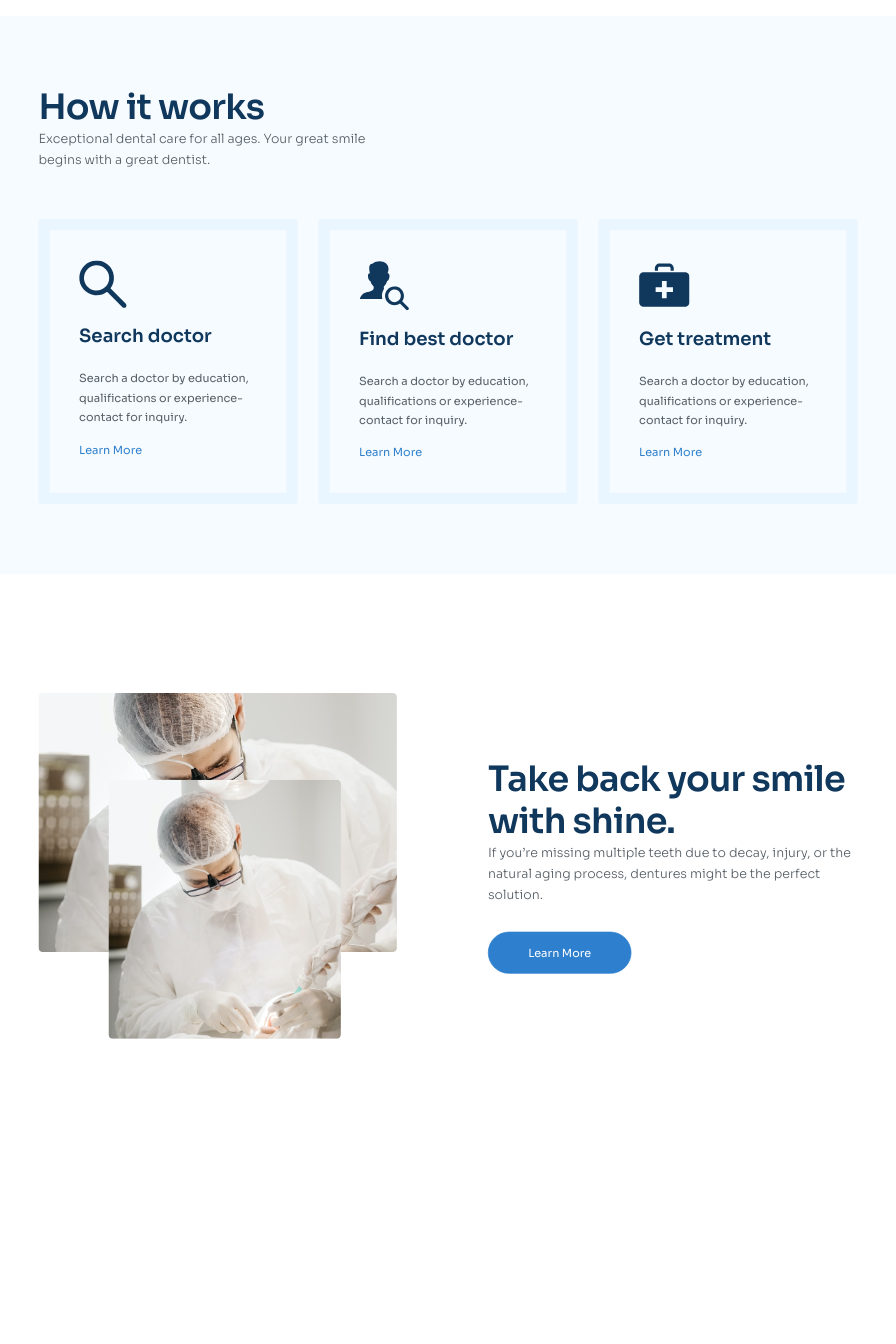
Repository: Tran-Dat/F8_Project_03
Page: index.html
These files come from the project's save history. The page is drawn as it stood at one moment and after the next save; the edit follows.
The browser window is 1280 px wide. The pictures show the part of the page from y = 1880 to 3800 px (the page is 3800 px tall), at 70% of full size.

Above is the page before, as saved 2023-04-03 16:26:35.

After the next save:
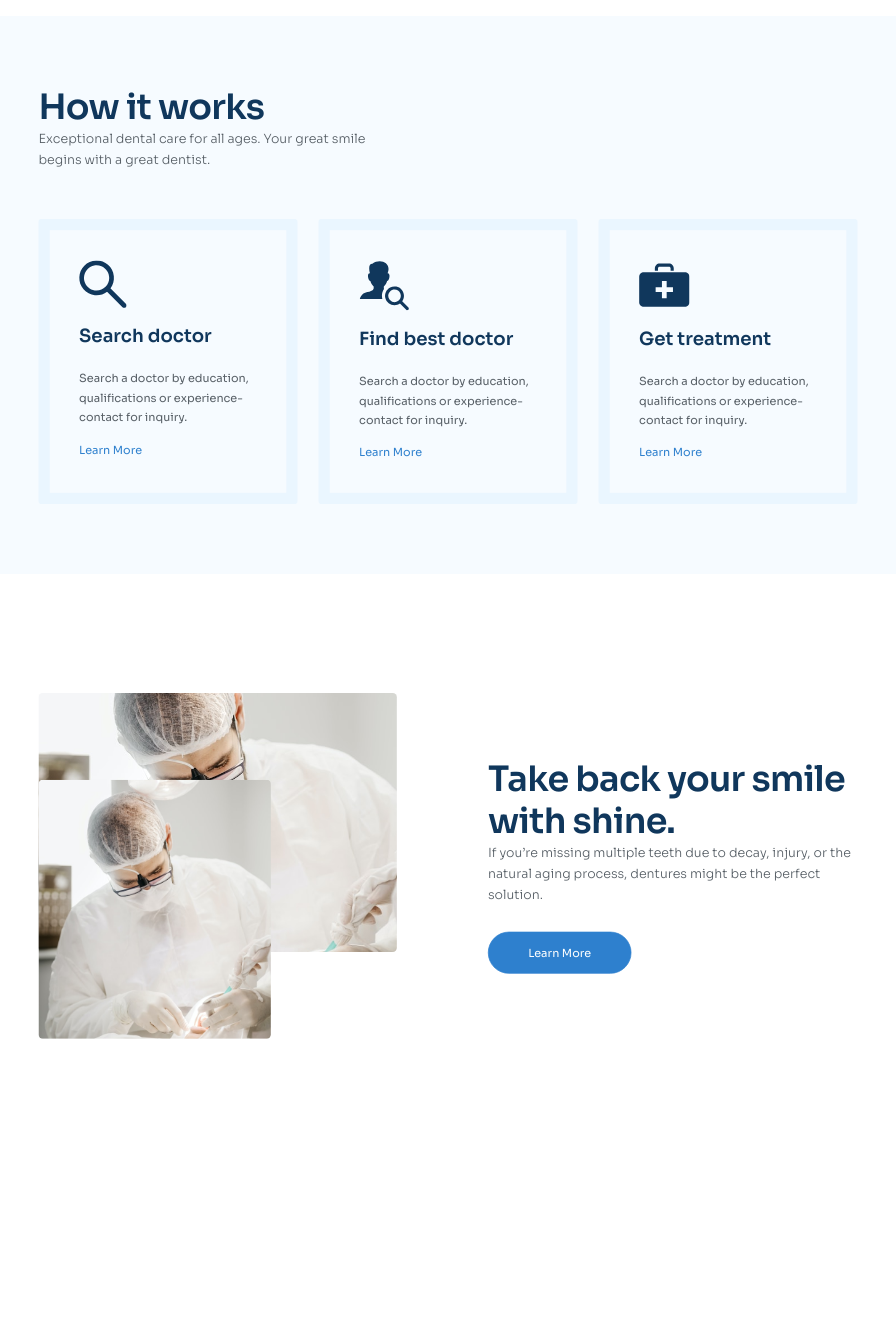
Saved 35 s later.
--- a/assets/css/style.css
+++ b/assets/css/style.css
@@ -395,13 +395,10 @@ a {
 }
 
 .feature__media {
-    display: flex;
-    justify-content: space-between;
-    align-items: center;
+    width: 49%;
 }
 
 .feature__images {
-    width: 49%;
     position: relative;
     padding-bottom: 121px;
 }
@@ -415,7 +412,7 @@ a {
 
 .feature__img:last-child {
     position: absolute;
-    left: 100px;
+    left: 0;
     bottom: 0;
     width: 332px;
     height: 370px;
